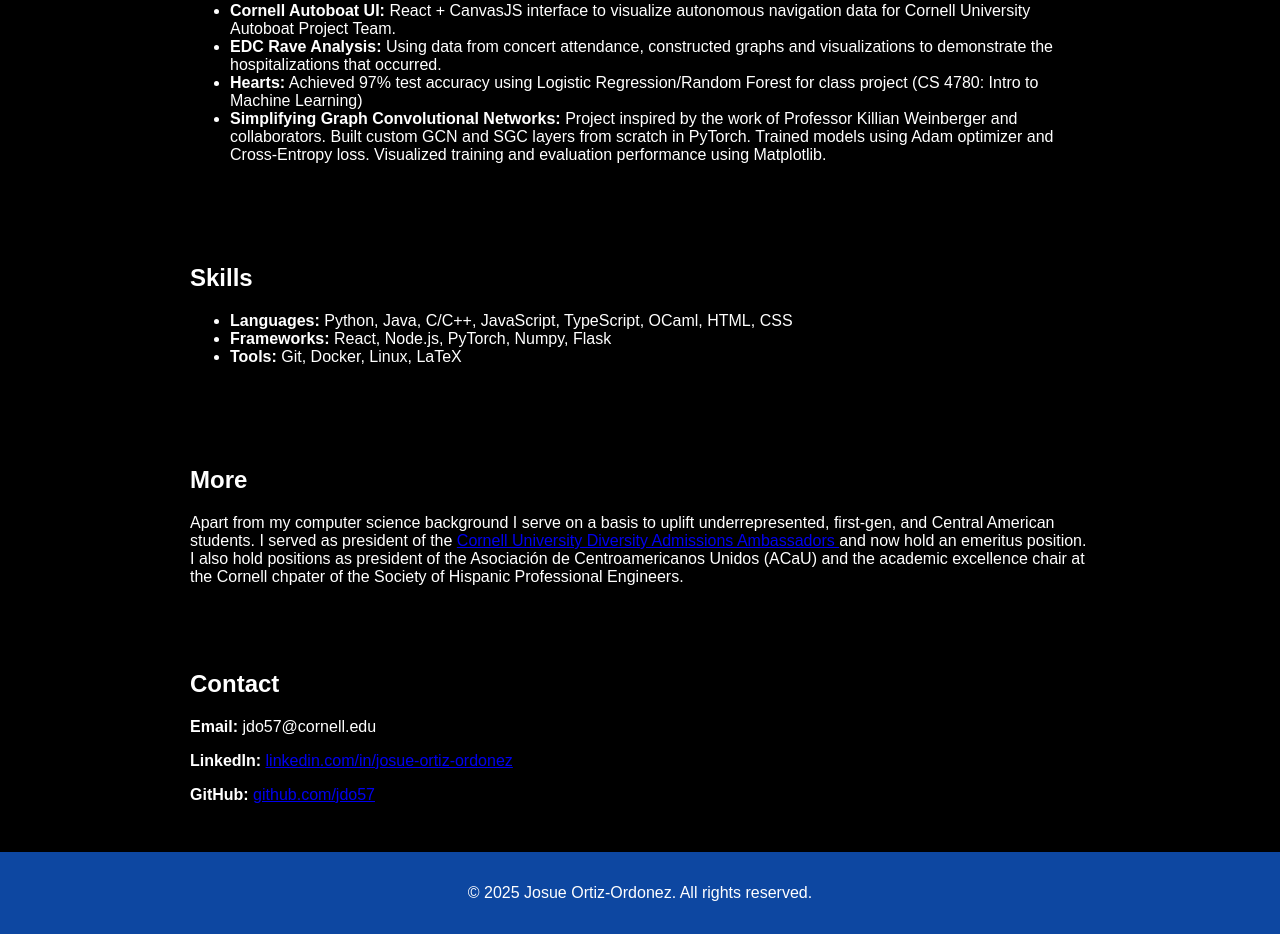
Repository: jdo57/Website
Page: index.html
These files come from the project's save history. The page is drawn as it stood at one moment and after the next save; the edit follows.
The browser window is 1280 px wide. The pictures show the part of the page from y = 1399 to 2351 px (the page is 2333 px tall before and 2351 px after).
A picture or video elsewhere on the page could not be fetched, so the positions and the page height are approximate.

Above is the page before, as saved 2025-05-26 21:58:33.

### index.html
<!DOCTYPE html>
<html lang="en">
<head>
  <meta charset="UTF-8" />
  <meta name="viewport" content="width=device-width, initial-scale=1.0" />
  <title>Josue Ortiz-Ordonez | Portfolio</title>
  <style>
    :root {
      --primary-color: #0d47a1;
      --background-color: #000000;
      --text-color: #ffffff;
      --accent-color: #1976d2;
    }

    body {
      margin: 0;
      font-family: Arial, sans-serif;
      background-color: var(--background-color);
      color: var(--text-color);
    }

    header {
      background-color: var(--primary-color);
      padding: 2rem;
      text-align: center;
    }

    header h1 {
      margin: 0;
      font-size: 2.5rem;
    }

    nav {
      display: flex;
      justify-content: center;
      background-color: var(--accent-color);
      padding: 0.5rem;
    }

    nav a {
      margin: 0 1rem;
      color: white;
      text-decoration: none;
      font-weight: bold;
    }

    nav a:hover {
      text-decoration: underline;
    }

    section {
      padding: 2rem;
      max-width: 900px;
      margin: auto;
    }

    footer {
      background-color: var(--primary-color);
      color: white;
      text-align: center;
      padding: 1rem;
      position: relative;
    }

  </style>
</head>
<body>
  <header>
    <h1>Josue Ortiz-Ordonez</h1>
    <p>Software/Machine Learning Engineer</p>
  </header>

  <nav>
    <a href="#about">About</a>
    <a href="#projects">Projects</a>
    <a href="#skills">Skills</a>
    <a href="#contact">Contact</a>
    <a href="#more">More</a>
  </nav>

  <section id="about" style="display: flex; flex-wrap: wrap; gap: 2rem; align-items: center; justify-content: center; padding: 3rem 1rem; background-color: #000;">
    <!-- Profile Image + Icons -->
    <div style="text-align: center;">
      <img src="./images/me.jpeg" alt="Josue Ortiz-Ordonez" style="width: 200px; border-radius: 50%; border: 3px solid #1976d2;" />
      <div style="margin-top: 1rem;">
        <a href="mailto:jdo57@cornell.edu" target="_blank" style="margin: 0 10px;">
          <img src="https://img.icons8.com/ios-filled/30/ffffff/new-post.png" alt="Email"/>
        </a>
        <a href="https://www.linkedin.com/in/josue-ortiz-ordonez" target="_blank" style="margin: 0 10px;">
          <img src="https://img.icons8.com/ios-filled/30/ffffff/linkedin.png" alt="LinkedIn"/>
        </a>
        <a href="https://github.com/jdo57" target="_blank" style="margin: 0 10px;">
          <img src="https://img.icons8.com/ios-filled/30/ffffff/github.png" alt="GitHub"/>
        </a>
      </div>
    </div>

    <!-- About Text -->
    <div style="max-width: 500px;">
      <h2>About Me</h2>
      <p>
        My name is Josue Ortiz-Ordonez and I am currently a student at Cornell University within
        the College of Engineering. I am a computer science major with potential minors in operations
        research in engineering (ORIE) and Latino Studies!
      </p>
    </div>
  </section>


  <section id="projects">
    <h2>Projects</h2>
    <h3> All Projects can be found on my Github in "Contact" section. </h3>
    <ul>
      <li><strong>Cornell Autoboat UI:</strong> React + CanvasJS interface to visualize autonomous navigation data for Cornell University Autoboat Project Team.</li>
      <li><strong>EDC Rave Analysis:</strong>  Using data from concert attendance, constructed graphs and visualizations to demonstrate the hospitalizations that occurred.</li>
      <li><strong>Hearts:</strong> Achieved 97% test accuracy using Logistic Regression/Random Forest for
      class project (CS 4780: Intro to Machine Learning)</li>
      <li> <strong> Simplifying Graph Convolutional Networks:</strong>
        Project inspired by the work of Professor Killian Weinberger and collaborators.
        Built custom GCN and SGC layers from scratch in PyTorch. Trained models using Adam optimizer and Cross-Entropy loss.
        Visualized training and evaluation performance using Matplotlib.
      </li>

    </ul>
  </section>

  <section id="skills">
    <h2>Skills</h2>
    <ul>
      <li><strong> Languages:</strong> Python, Java, C/C++, JavaScript, TypeScript, OCaml, HTML, CSS </li>
      <li><strong>Frameworks:</strong> React, Node.js, PyTorch, Numpy, Flask</li>
      <li><strong>Tools:</strong> Git, Docker, Linux, LaTeX</li>
    </ul>
  </section>

  <section id ="more">
    <h2> More</h2>

    Apart from my computer science background I serve on a basis to uplift underrepresented, first-gen,
    and Central American students. I served as president of the <a href="https://cornelldaa.wixsite.com/cudaa" target="_blank"> Cornell University Diversity
      Admissions Ambassadors </a> and now hold an emeritus position. I also hold positions as president of the
      Asociación de Centroamericanos Unidos (ACaU) and the academic excellence chair at the Cornell chpater of the
      Society of Hispanic Professional Engineers.

      <br />


  </section>

  <section id="contact">
    <h2>Contact</h2>
    <p><strong> Email:</strong> jdo57@cornell.edu</p>
    <p><strong> LinkedIn:</strong> <a href="https://www.linkedin.com/in/josue-ortiz-ordonez/" target="_blank">linkedin.com/in/josue-ortiz-ordonez</a></p>
    <p><strong>GitHub:</strong> <a href="https://github.com/jdo57" target="_blank">github.com/jdo57</a></p>
  </section>


  <footer>
    <p>&copy; 2025 Josue Ortiz-Ordonez. All rights reserved.</p>
  </footer>
</body>
</html>

After the next save:
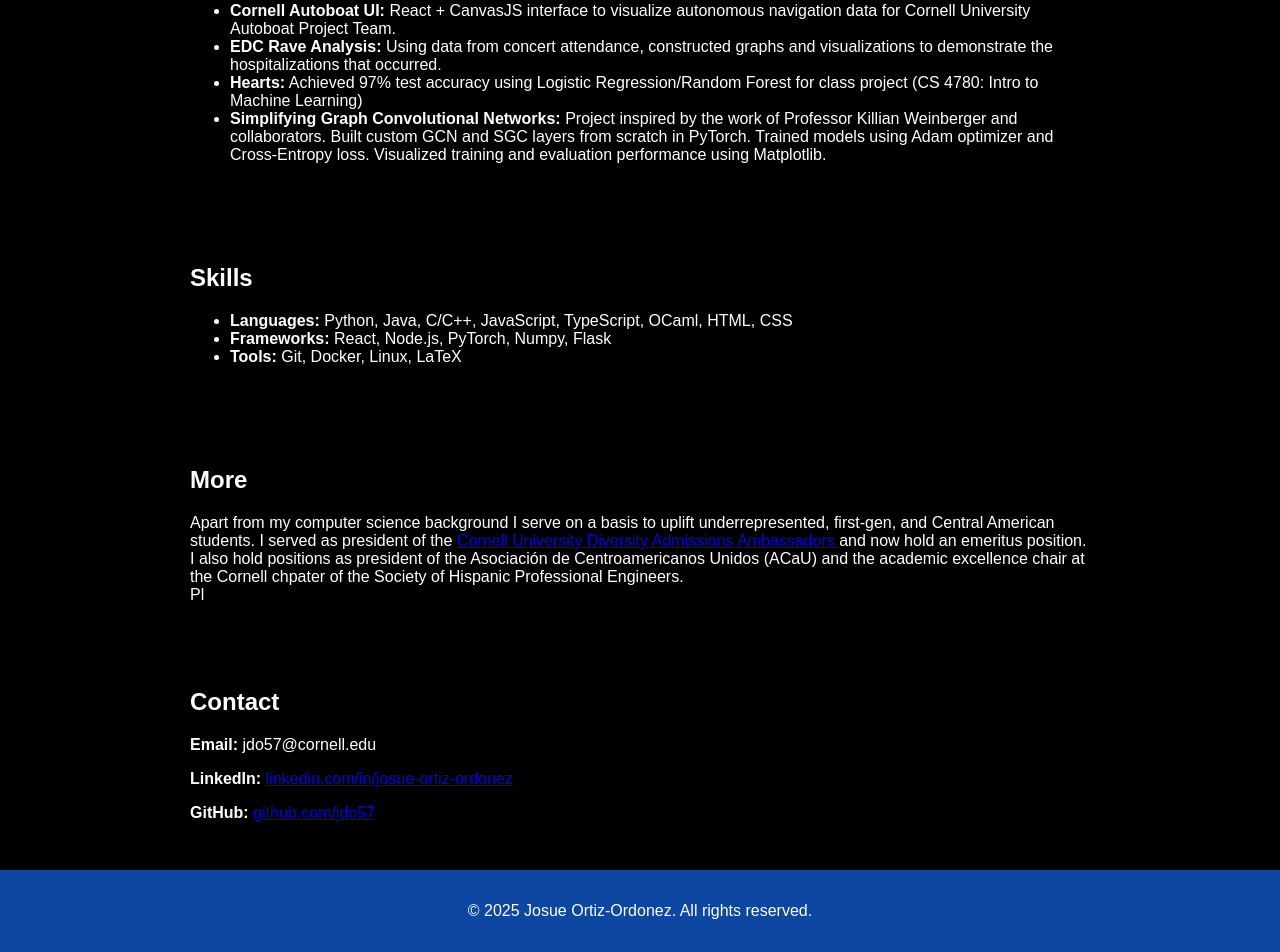
Saved 9 s later.
--- a/index.html
+++ b/index.html
@@ -144,6 +144,8 @@
 
       <br />
 
+      Pl
+
 
   </section>
 
